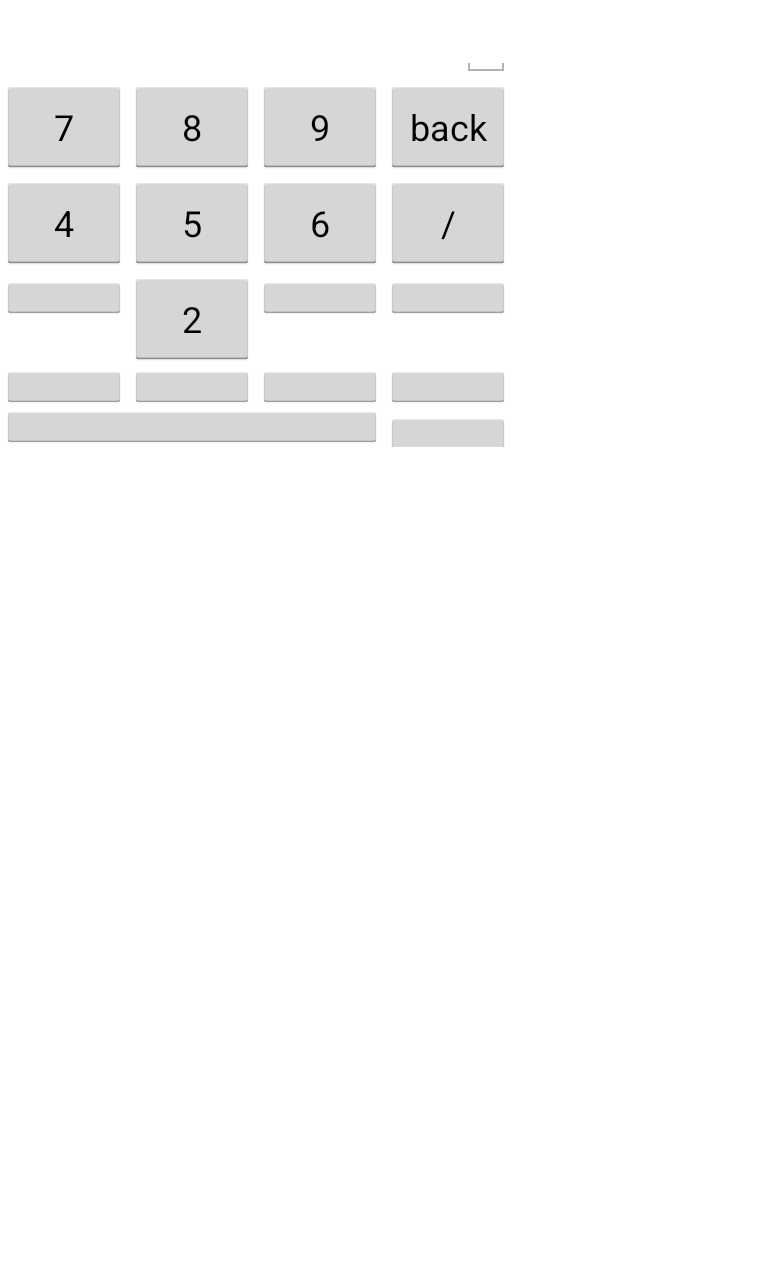
Repository: Free-Mind/eclipes
Layout: Calculator/res/layout/activity_main.xml
An editor plug-in stored every save of this project. The layout is shown before and after the next save, followed by the edit.
It is drawn on a 768 x 1280 px phone screen (xhdpi) without system bars, with theme AppTheme; the app's code is not run.

Above is the layout before, as saved 2015-04-17 17:42:18.

After the next save:
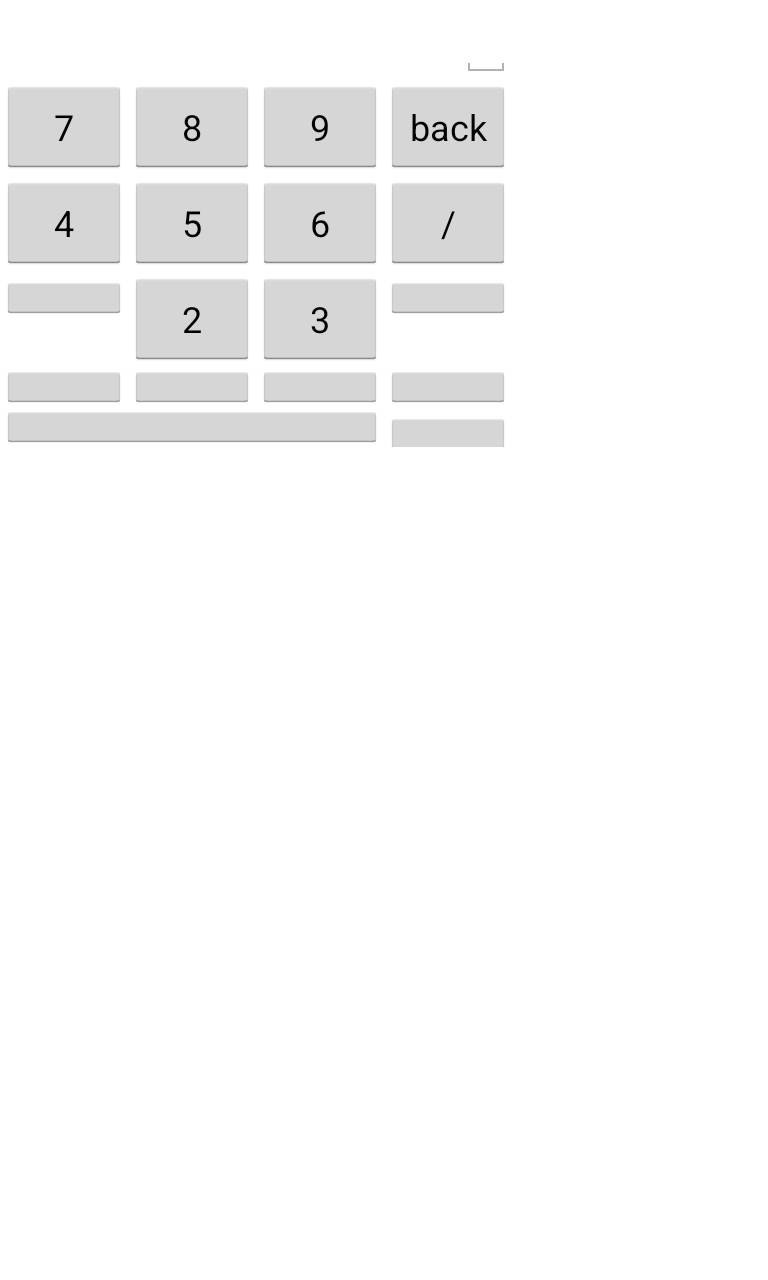
Saved 6 s later.
--- a/Calculator/res/layout/activity_main.xml
+++ b/Calculator/res/layout/activity_main.xml
@@ -110,8 +110,8 @@
 		             />
 		             <Button
 			             android:id="@+id/bt_3"
-			             android:layout_width="40px"
-			             android:layout_height="40px"
+			              android:layout_width="wrap_content"
+		                  android:layout_height="wrap_content"
 			             android:text="3"
 		             />
 		             <Button
